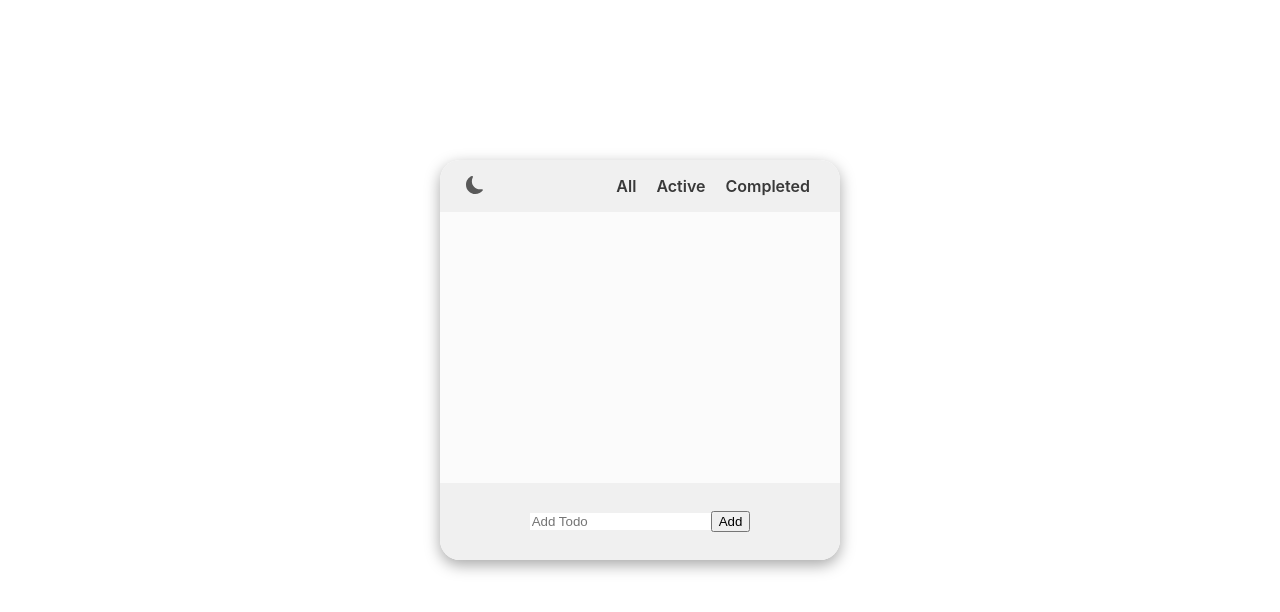
Repository: momo0170/react_todolist
Page: /
An editor plug-in stored every save of this project. The page is shown before and after the next save, followed by the edit.
The browser window is 1280 px wide. The pictures show the whole page.
The project was rebuilt for these pictures with package versions that can differ from the ones it lists, and the page was loaded fresh each time. Also part of the build but not shown: src/css/Todo.module.css, src/components/Todo.jsx.

Above is the page before, as saved 2022-11-02 12:57:39.

After the next save:
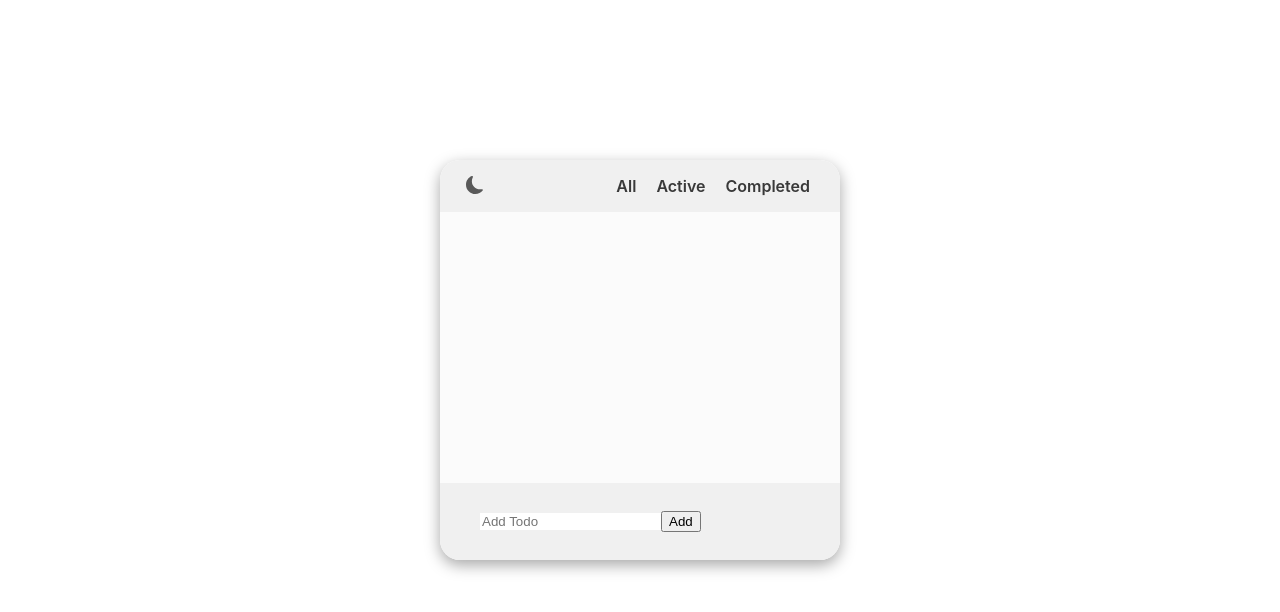
Saved 10 s later.
--- a/src/App.module.css
+++ b/src/App.module.css
@@ -43,7 +43,9 @@
   justify-content: center;
   align-items: center;
 }
-
+.form {
+  width: 80%;
+}
 .input {
   border: 0;
 }
